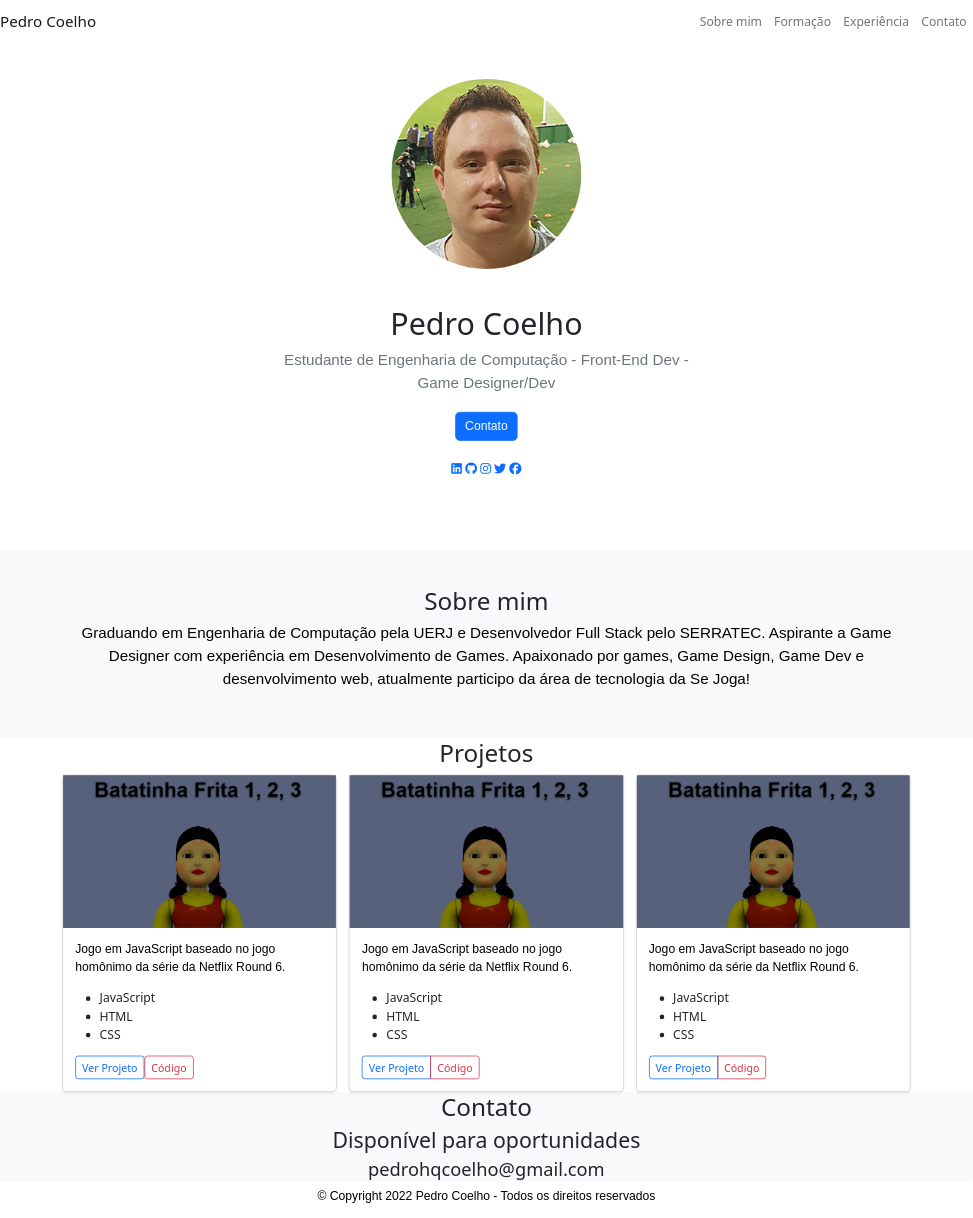
Repository: PedroHQCoelho/portfolio
Page: index.html
The author's editor kept a copy of each file at every save. The page is drawn from the files as they stood at one save, then again after the next save.
The browser window is 1280 px wide. The pictures show the whole page, at 76% of full size.
Some web libraries are served in a nearby version.

Above is the page before, as saved 2022-05-26 19:06:32.

### index.html
<!DOCTYPE html>
<html lang="pt-BR">
<head>
    <meta charset="UTF-8">
    <meta http-equiv="X-UA-Compatible" content="IE=edge">
    <meta name="viewport" content="width=device-width, initial-scale=1.0">
    <title>Pedro Coelho - Portfólio</title>
    <link href="https://cdn.jsdelivr.net/npm/bootstrap@5.2.0-beta1/dist/css/bootstrap.min.css" rel="stylesheet" integrity="sha384-0evHe/X+R7YkIZDRvuzKMRqM+OrBnVFBL6DOitfPri4tjfHxaWutUpFmBp4vmVor" crossorigin="anonymous">
    <script src="https://cdn.jsdelivr.net/npm/bootstrap@5.2.0-beta1/dist/js/bootstrap.bundle.min.js" integrity="sha384-pprn3073KE6tl6bjs2QrFaJGz5/SUsLqktiwsUTF55Jfv3qYSDhgCecCxMW52nD2" crossorigin="anonymous"></script>
    <script src="https://cdn.jsdelivr.net/npm/@popperjs/core@2.11.5/dist/umd/popper.min.js" integrity="sha384-Xe+8cL9oJa6tN/veChSP7q+mnSPaj5Bcu9mPX5F5xIGE0DVittaqT5lorf0EI7Vk" crossorigin="anonymous"></script>
    <script src="https://cdn.jsdelivr.net/npm/bootstrap@5.2.0-beta1/dist/js/bootstrap.min.js" integrity="sha384-kjU+l4N0Yf4ZOJErLsIcvOU2qSb74wXpOhqTvwVx3OElZRweTnQ6d31fXEoRD1Jy" crossorigin="anonymous"></script>
    <script src="https://kit.fontawesome.com/65e0a77774.js" crossorigin="anonymous"></script>
    <link rel="stylesheet" href="style.css">
</head>
<body>
    <nav class="navbar navbar-expand-lg navbar-light bg-primary.bg-gradient">
        <a class="navbar-brand" href="#">Pedro Coelho</a>
        <button class="navbar-toggler" type="button" data-toggle="collapse" data-target="#navbarSupportedContent" aria-controls="navbarSupportedContent" aria-expanded="false" aria-label="Toggle navigation">
          <span class="navbar-toggler-icon"></span>
        </button>

        <div class="collapse navbar-collapse" id="navbarSupportedContent">
          <ul class="navbar-nav me-auto">

          </ul>
          <ul class="navbar-nav">
            <li class="nav-item">
                <a class="nav-link" href="#">Sobre mim</a>
            </li>
            <li class="nav-item">
                <a class="nav-link" href="#">Formação</a>
            </li>
            <li class="nav-item">
                <a class="nav-link" href="#">Experiência</a>
            </li>
            <li class="nav-item">
                <a class="nav-link" href="#">Contato</a>
            </li>
          </ul>
        </div>
    </nav>

    <section class="py-5 text-center container">
        <img class="foto-perfil" src="img/foto-rosto.png" alt="foto perfil">
        <div class="row py-lg-5">
            <div class="col-lg-6 col-md-8 mx-auto">
            <h1 class="fw-light">Pedro Coelho</h1>
            <p class="lead text-muted">Estudante de Engenharia de Computação - Front-End Dev - Game Designer/Dev</p>
            <p>
              <a href="#" class="btn btn-primary my-2">Contato</a>
            </p>
            <a href="https://www.linkedin.com/in/pedrohqcoelho/" target="_blank" title="Linkedin - Pedro Coelho"><i class="fab fa-linkedin"></i></a>
            <a href="https://github.com/PedroHQCoelho" target="_blank" title="Github - PedroHQCoelho"><i class="fab fa-github"></i></a>
            <a href="https://www.instagram.com/pedro.hq.coelho/" target="_blank" title="Instagram - @pedro.hq.coelho"><i class="fab fa-instagram"></i></a>
            <a href="https://twitter.com/pedrohqcoelho" target="_blank" title="Twitter - @pedrohqcoelho"><i class="fab fa-twitter"></i></a>
            <a href="https://www.facebook.com/pedrohqcoelho" target="_blank" title="Facebook - Pedro Coelho"><i class="fab fa-facebook"></i></a>
          </div>
        </div>
    </section>

    <div class="album py-5 bg-light">

        <!--Sobre mim-->

        <section class="jumbotron text-center">
          <div class="container">
            <h2 class="jumbotron-heading">Sobre mim</h2>
            <p class="lead">
              Graduando em Engenharia de Computação pela UERJ e Desenvolvedor Full Stack pelo SERRATEC.
              Aspirante a Game Designer com experiência em Desenvolvimento de Games.
              Apaixonado por games, Game Design, Game Dev e desenvolvimento web, atualmente participo da área de tecnologia da Se Joga!
            </p>
          </div>
        </section>
      </div>

        <!--Projetos-->

        <div class="container">
          <h2 class="jumbotron-heading text-center">Projetos</h2>
          <div class="row row-cols-1 row-cols-sm-2 row-cols-md-3 g-3">
            <div class="col">
              <div class="card shadow-sm">
                <img src="img/batatinhafrita123.png" alt="">
                <div class="card-body">
                  <p class="card-text">Jogo em JavaScript baseado no jogo homônimo da série da Netflix Round 6.</p>
                  <ul>
                    <li>JavaScript</li>
                    <li>HTML</li>
                    <li>CSS</li>
                  </ul>
                  <div class="d-flex justify-content-between align-items-center">
                    <div class="btn-group">
                      <a href="https://batatinha-frita-1-2-3.netlify.app/" target="_blank" rel="noopener noreferrer">
                        <button type="button" class="btn btn-sm btn-outline-primary">Ver Projeto</button>
                      </a>
                      <a href="https://github.com/PedroHQCoelho/batatinha-frita-1-2-3" target="_blank" rel="noopener noreferrer">
                        <button type="button" class="btn btn-sm btn-outline-danger">Código</button>
                      </a>
                    </div>
                  </div>
                </div>
              </div>
            </div>
            <div class="col">
              <div class="card shadow-sm">
                <img src="img/batatinhafrita123.png" alt="">
                <div class="card-body">
                  <p class="card-text">Jogo em JavaScript baseado no jogo homônimo da série da Netflix Round 6.</p>
                  <ul>
                    <li>JavaScript</li>
                    <li>HTML</li>
                    <li>CSS</li>
                  </ul>
                  <div class="d-flex justify-content-between align-items-center">
                    <div class="btn-group">
                      <button type="button" class="btn btn-sm btn-outline-primary">Ver Projeto</button>
                      <button type="button" class="btn btn-sm btn-outline-danger">Código</button>
                    </div>
                  </div>
                </div>
              </div>
            </div>
            <div class="col">
              <div class="card shadow-sm">
                <img src="img/batatinhafrita123.png" alt="">
                <div class="card-body">
                  <p class="card-text">Jogo em JavaScript baseado no jogo homônimo da série da Netflix Round 6.</p>
                  <ul>
                    <li>JavaScript</li>
                    <li>HTML</li>
                    <li>CSS</li>
                  </ul>
                  <div class="d-flex justify-content-between align-items-center">
                    <div class="btn-group">
                      <button type="button" class="btn btn-sm btn-outline-primary">Ver Projeto</button>
                      <button type="button" class="btn btn-sm btn-outline-danger">Código</button>
                    </div>
                  </div>
                </div>
              </div>
            </div>
          </div>
        </div>

        <!--Contato-->
        <section>
          <div class="container-fluid bg-light">
            <h2 class="jumbotron-heading text-center">Contato</h2>
            <h3 class="text-center">Disponível para oportunidades</h3>
            <h4 class="text-center">pedrohqcoelho@gmail.com</h4>
          </div>
        </section>

        <!--Footer-->
        <footer class="text-center">
          <p>© Copyright 2022 Pedro Coelho - Todos os direitos reservados</p>
        </footer>
</body>
</html>

### style.css
.foto-perfil {
    height: 100%;
    width: auto;
    max-width: 100%;
    border-radius: 50%;
}

p {
    font-family:Arial, Helvetica, sans-serif;
    color: black !important;
}

.icones {
    padding-left: 5px;
}

.titulosBrancos {
    text-decoration: underline;
    text-underline-position: below;
    padding-bottom: 20px;
    text-transform: uppercase;
    font-weight: 700;
    color: white;
}

.titulosAzuis {
    text-decoration: underline;
    text-underline-position: below;
    padding-bottom: 20px;
    text-transform: uppercase;
    font-weight: 700;
    color: blue;
}

After the next save:
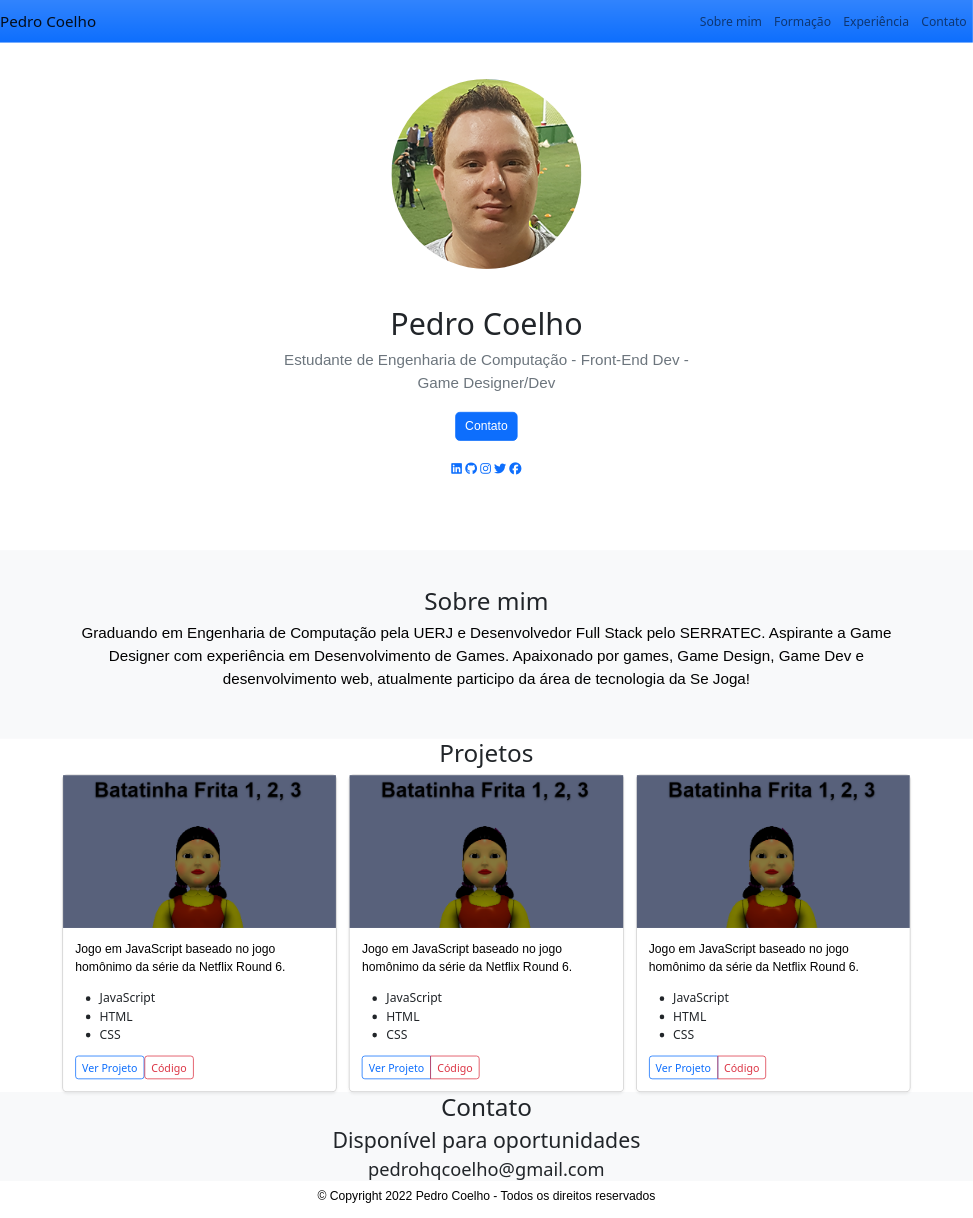
Saved 65 s later.
--- a/index.html
+++ b/index.html
@@ -13,7 +13,7 @@
     <link rel="stylesheet" href="style.css">
 </head>
 <body>
-    <nav class="navbar navbar-expand-lg navbar-light bg-primary.bg-gradient">
+    <nav class="navbar navbar-expand-lg navbar-light bg-primary bg-gradient text-white">
         <a class="navbar-brand" href="#">Pedro Coelho</a>
         <button class="navbar-toggler" type="button" data-toggle="collapse" data-target="#navbarSupportedContent" aria-controls="navbarSupportedContent" aria-expanded="false" aria-label="Toggle navigation">
           <span class="navbar-toggler-icon"></span>
